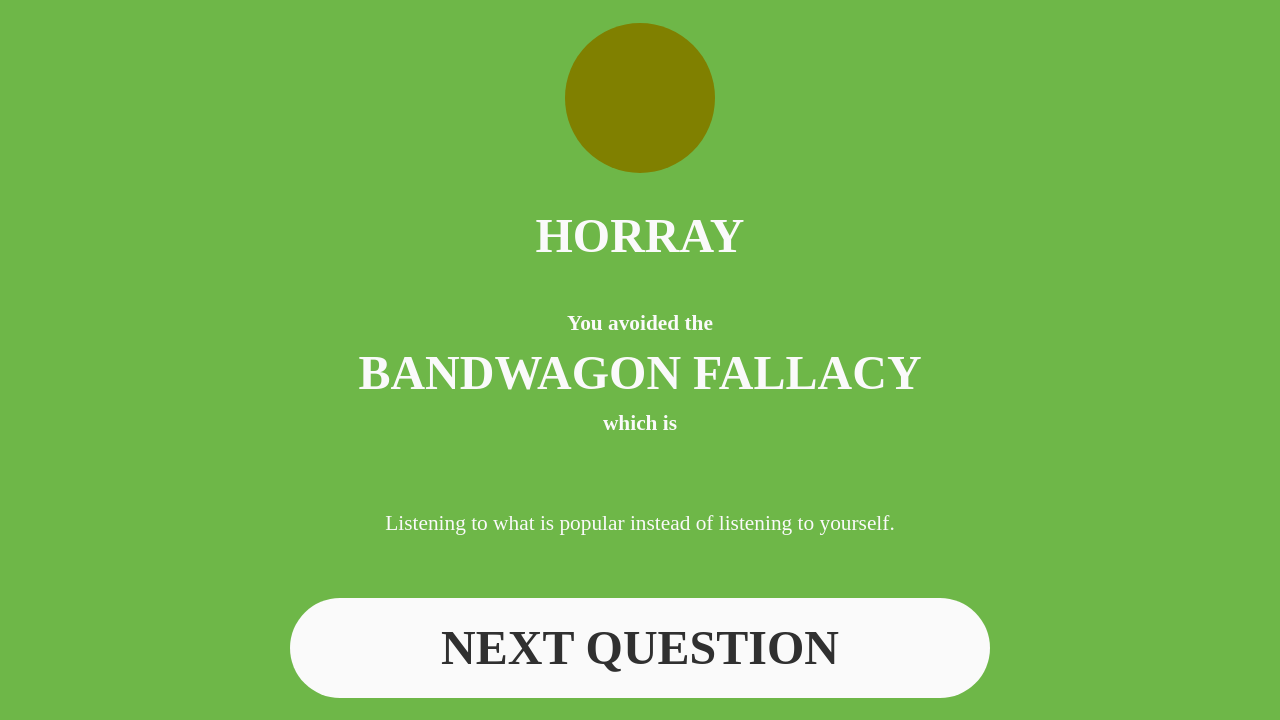
Repository: cindyvunguyen/fallacy
Page: index.html
These files come from the project's save history. The page is drawn as it stood at one moment and after the next save; the edit follows.
The browser window is 1280 px wide. The pictures show the whole page.
Some web fonts or font styles are not loaded; a fallback is used.

Above is the page before, as saved 2020-03-12 16:27:05.

### index.html
<!DOCTYPE html>
<html lang="en">
<head>
    <meta charset="UTF-8">
    <meta name="viewport" content="width=device-width, initial-scale=1.0">
    <title>FALLACIES</title>
    <link href="style.css" rel="stylesheet" type="text/css">
</head>
<body>
    <div id="app">

        <!-- CINDY START -->

        <div id="home-page"></div>

        <div id="lets-start-page"></div>

        <div id="question-page"></div>

        <!-- CINDY END -->

        <!-- SOPHIA START -->

        <div id="correct-page">
            <div id="correct-icon"></div>
            <div id="cp-text1">HORRAY</div>
            <div id="cp-a-outcome">
                <div id="cp-text2">You avoided the</div>
                <div id="cp-fallacy">BANDWAGON FALLACY</div>
                <div id="cp-text2">which is</div>
            </div>
            <div id="cp-definition">Listening to what is popular instead of listening to yourself.</div>
            <button class="white-button">NEXT QUESTION</button>
        </div>

        <div id="incorrect-page"></div>

        <!-- the two above pages technically have the same HTML. so you can only have 1 div and change the CSS through JS. it's entirely up to you. -->

        <div id="results-page"></div>

        <div id="game-over-page"></div>

        <!-- the two above pages technically have the same HTML, so you can only have 1 div and change the CSS through JS. it's entirely up to you. -->

        <!-- SOPHIA END -->

        <!-- CHLOE START -->

        <div id="review-page"></div>

        <div id="review2-page"></div>

        <div id="fallacy-review-page"></div>

        <div id="three-fallacies-page"></div>
        <!-- change the page's content with JS to show all three fallacies when clicked -->

        <!-- CHLOE END -->
        <script src="js.js"></script>
    </div>
</body>
</html>

### style.css
body {
    margin: 0;
}

#app {
    width: 100vw;
    height: 100vh;
    font-family: Visby;
    background-color: #468091;
    color: #FAFAFA;
}

@font-face {
    font-family: Visby;
    src: url(fonts/VisbyRoundCF-Regular.otf) format("woff");
}

@font-face {
    font-family: Visby;
    src: url(fonts/VisbyRoundCF-ExtraBold.otf) format("woff");
    font-weight: bold;
}

.pink-button {
    height: 100px;
    width: 700px;
    background-color: #ed2265;
    border: 0px;
    border-radius: 75px;
    font-family: Visby;
    font-weight: bold;
    font-size: 36pt;
    color: #FAFAFA;
    outline: 0;
}

.pink-button:active {
    background-color: #9c1542;
}

.white-button {
    height: 100px;
    width: 700px;
    background-color: #FAFAFA;
    border: 0px;
    border-radius: 75px;
    font-family: Visby;
    font-weight: bold;
    font-size: 36pt;
    color: #303030;
    outline: 0;
}

.white-button:active {
    background-color: #9e9e9e;
}

.grey-button {
    height: 100px;
    width: 700px;
    background-color: #303030;
    border: 0px;
    border-radius: 75px;
    font-family: Visby;
    font-weight: bold;
    font-size: 36pt;
    color: #FAFAFA;
    outline: 0;
}

.grey-button:active {
    background-color: #000000;
}

/* CINDY START */

/* CINDY END */

/* SOPHIA START */
#correct-page {
    width: 100vw;
    height: 100vh;
    display: flex;
    /* display: none; */
    flex-direction: column;
    align-items: center;
    justify-content: center;
    background-color: #6eb748; /* incorrect, change to #860000*/
}

#correct-icon {
    background-color: olive;
    width: 150px;
    height: 150px;
    border-radius: 50%;
}

#cp-text1 {
    font-size: 36pt;
    font-weight: bold;
    padding: 35px 0;
}

#cp-text2 {
    font-size: 16pt;
    font-weight: bold;
}

#cp-fallacy {
    font-size: 36pt;
    font-weight: bold;
}

#cp-definition {
    font-size: 16pt;
    line-height: 150px;
}

#cp-a-outcome {
    line-height: 50px;
    display: flex;
    flex-direction: column;
    align-items: center;
    justify-content: center;
}

#incorrect-page {
    width: 100vw;
    height: 100vh;
    /* display: flex; */
    display: none;
    flex-direction: column;
    align-items: center;
    justify-content: center;
    background-color: #860000;
}

#incorrect-icon {
    background-color: olive;
    width: 150px;
    height: 150px;
    border-radius: 50%;
}

#ip-text1 {
    font-size: 36pt;
    font-weight: bold;
    padding: 50px 0;
}

#ip-text2 {
    font-size: 16pt;
    font-weight: bold;
}

#ip-fallacy {
    font-size: 36pt;
    font-weight: bold;
}

#ip-definition {
    font-size: 16pt;
    line-height: 150px;
}

#ip-a-outcome {
    line-height: 25px;
    display: flex;
    flex-direction: column;
    align-items: center;
    justify-content: center;
}

/* SOPHIA END */

/* CHLOE START */

/* CHLOE END */

Loaded but not shown: js.js (no copy from this time; the picture is the same without it)

After the next save:
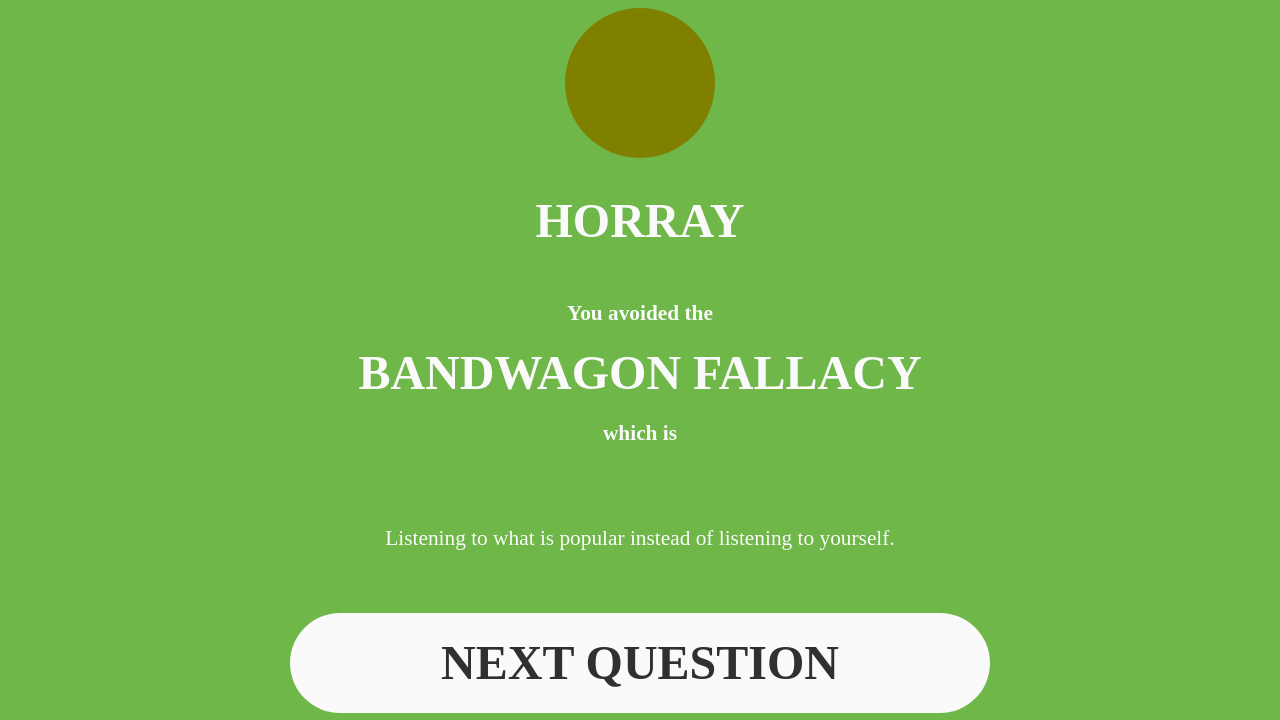
Saved 11 s later.
--- a/style.css
+++ b/style.css
@@ -117,7 +117,7 @@ body {
 }
 
 #cp-a-outcome {
-    line-height: 50px;
+    line-height: 60px;
     display: flex;
     flex-direction: column;
     align-items: center;
